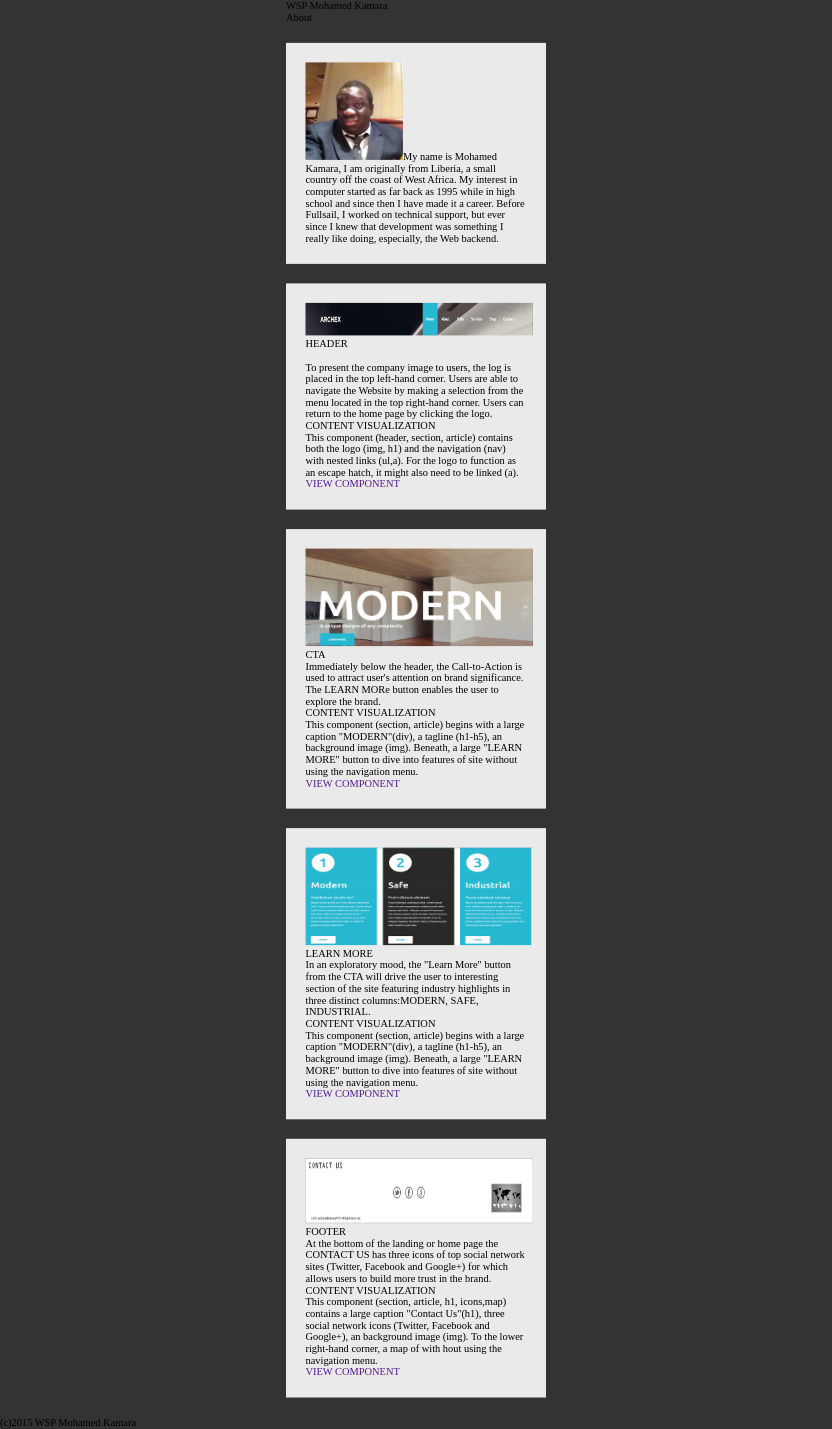
Repository: makamara/WSP_Project
Page: wsp/index.html
These files come from the project's save history. The page is drawn as it stood at one moment and after the next save; the edit follows.
The browser window is 1280 px wide. The pictures show the whole page, at 65% of full size.

Above is the page before, as saved 2015-09-15 17:14:25.

### wsp/index.html
<!DOCTYPE html>
<html>
<head>
	<title>WSP: Mohamed Kamara</title>
	<link rel="stylesheet" type="text/css" href="css/reset.css" />
	<link rel="stylesheet" type="text/css" href="css/main.css" />
</head>
<body>


	<!-- Header -->
	<header>
		<h1>WSP Mohamed Kamara</h1>
	</header>

	<!-- About -->
	<section>
		<h1>About</h1>
		<div class="image">

		</div>
		<article>
		<p><img src="images/art_pix.jpg" alt="Mohamed Kamara" width="150" height="150" />My name is Mohamed Kamara, I am originally from Liberia, a small country off the coast of West Africa. My interest in computer
		started as far back as 1995 while in high school and since then I have made it a career. Before Fullsail, I worked on technical
		support, but ever since I knew that development was something I really like doing, especially, the Web backend.
		</p>
		</article>
	</section>

	<!-- Blog, Components -->
	<section>
		<!-- Header section -->
		<article>

			<img src="images/header.png" alt="Header Section" width="350" height="50" />
			<h1>HEADER</h1><br />
			<p>To present the company image to users, the log is placed in the top left-hand corner. Users are able to navigate the Website
			by making a selection from the menu located in the top right-hand corner. Users can return to the home page by clicking the logo.
			</p>
			<h3>CONTENT VISUALIZATION</h3>
			<p>This component (header, section, article) contains both the logo (img, h1) and the navigation (nav) with nested links (ul,a).
			For the logo to function as an escape hatch, it might also need to be linked (a).
			</p>
			<p><a href="" class="button">VIEW COMPONENT</a></p>
		</article>
		<!-- CTA section -->
		<article>
			<img src="images/cta.jpg" alt="CTA" width="350" height="150" />
			<h1>CTA</h1>
			<p>Immediately below the header, the Call-to-Action is used to attract user's attention on brand significance.
				The <strong>LEARN MORe</strong> button enables the user to explore the brand.
			</p>
			<h2>CONTENT VISUALIZATION</h2>
			<p>This component (section, article) begins with a large caption "MODERN"(div), a tagline (h1-h5), an background image (img).
			Beneath, a large "LEARN MORE" button to dive into features of site without using the navigation menu.
			</p>
			<p><a href="" class="button">VIEW COMPONENT</a></p>
		</article>
	<!-- LEARN MORE section -->
		<article>
			<img src="images/learnmore.jpg" alt="Learn More" width="350" height="150" />
			<h1>LEARN MORE</h1>
			<p>In an exploratory mood, the "Learn More" button from the CTA will drive the user to interesting section of the site featuring
			industry highlights in three distinct columns:MODERN, SAFE, INDUSTRIAL.

			</p>
			<h2>CONTENT VISUALIZATION</h2>
			<p>This component (section, article) begins with a large caption "MODERN"(div), a tagline (h1-h5), an background image (img).
			Beneath, a large "LEARN MORE" button to dive into features of site without using the navigation menu.
			</p>
			<p><a href="" class="button">VIEW COMPONENT</a></p>
		</article>
		<!-- FOOTER section -->
		<article>
			<img src="images/footer.jpg" alt="Footer" width="350" height="100" />
			<h1>FOOTER</h1>
			<p>At the bottom of the landing or home page the CONTACT US has three icons of top social network sites (Twitter, Facebook and Google+) for
			which allows users to build more trust in the brand.

			</p>
			<h2>CONTENT VISUALIZATION</h2>
			<p>This component (section, article, h1, icons,map) contains a large caption "Contact Us"(h1), three social network icons (Twitter, Facebook and Google+),
				 an background image (img). To the lower right-hand corner, a map of with hout using the navigation menu.
			</p>
			<p><a href="" class="button">VIEW COMPONENT</a></p>
		</article>
	</section>
<footer>(c)2015 WSP Mohamed Kamara</footer>
</body>
</html>

### wsp/css/reset.css
/* CSS RESET
====================================================================================================
====================================================================================================
*/



html, body, div, main, span, applet, object, iframe,
h1, h2, h3, h4, h5, h6, p, blockquote, pre,
a, abbr, acronym, address, big, cite, code,
del, dfn, em, img, ins, kbd, q, s, samp,
small, strike, strong, sub, sup, tt, var,
b, u, i, center,
dl, dt, dd, ol, ul, li,
fieldset, form, label, legend, input, textarea,
table, caption, tbody, tfoot, thead, tr, th, td,
article, aside, canvas, details, embed,
figure, figcaption, footer, header, hgroup,
menu, nav, output, ruby, section, summary,
time, mark, audio, video,
::before, ::after {

	margin: 0; padding: 0;
	border: 0;
	font-size: 100%;
	font: inherit;
	vertical-align: baseline;
	text-decoration: none;

	box-sizing: border-box;

}

// HTML5 - Older browser support
// ======================================================================
article, aside, details, figcaption, figure,
footer, header, hgroup, menu, nav, section {
	display: block;
}


// BODY
// ======================================================================
body { line-height: 1; }


// LISTS - Clear bullets
// ======================================================================
ol, ul { list-style: none; }


// QUOTES
// ======================================================================
blockquote, q { quotes: none; }
blockquote:before, blockquote:after,
q:before, q:after {
	content: '';
	content: none;
}

// TABLES
// ======================================================================
table {
	border-collapse: collapse;
	border-spacing: 0;
}

### wsp/css/main.css
/* Project CSS
============================================================
============================================================*/
body {
    background: #333333;
}

header, section {
    width: 400px;
    margin: 0 auto;
}


/* HEADER ============================== */

/* ABOUT ============================== */

/* COMPONENTS ============================== */
article {
    background: #eaeaea;
    padding: 30px;
    margin: 30px 0;
}

After the next save:
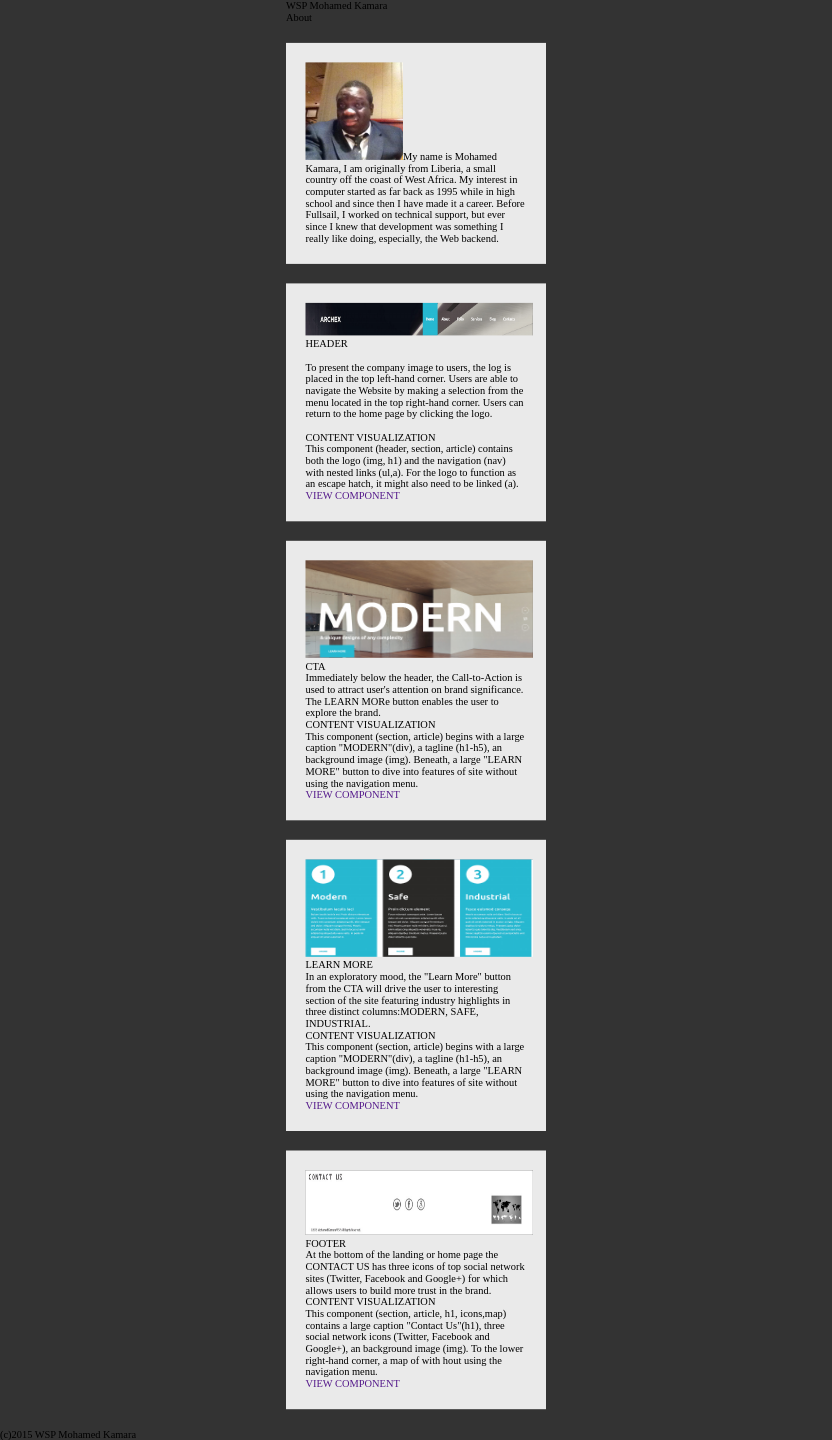
Saved 17 s later.
--- a/wsp/index.html
+++ b/wsp/index.html
@@ -36,7 +36,7 @@
 			<h1>HEADER</h1><br />
 			<p>To present the company image to users, the log is placed in the top left-hand corner. Users are able to navigate the Website
 			by making a selection from the menu located in the top right-hand corner. Users can return to the home page by clicking the logo.
-			</p>
+			</p><br />
 			<h3>CONTENT VISUALIZATION</h3>
 			<p>This component (header, section, article) contains both the logo (img, h1) and the navigation (nav) with nested links (ul,a).
 			For the logo to function as an escape hatch, it might also need to be linked (a).
